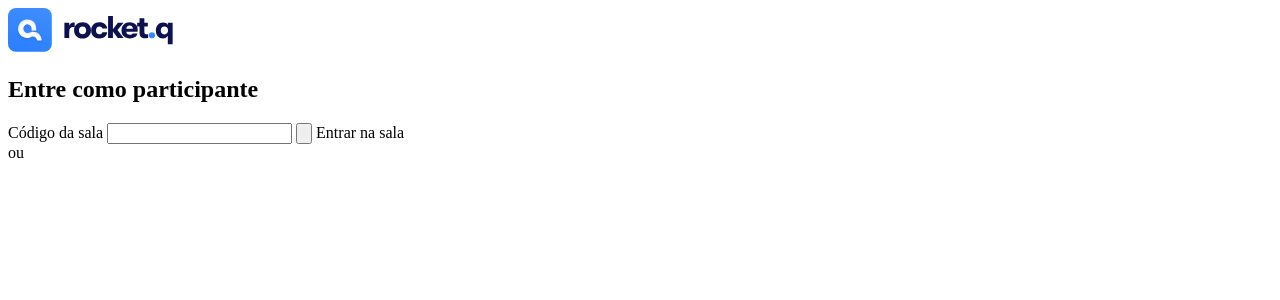
Repository: frnndlima/rocket.q
Page: home.html
The author's editor kept a copy of each file at every save. The page is drawn from the files as they stood at one save, then again after the next save.
The browser window is 1280 px wide. The pictures show the whole page.

Above is the page before, as saved 2021-08-30 14:00:04.

### home.html
<!DOCTYPE html>
  <head>
    <title>Criar Sala - Rocket.Q</title>
  </head>
  <body>
    <header>
      <img src="public/images/logo.svg" alt="rocket.q logo"/>
    </header>

    <main>
      <div class="container">
        <section>
          <h2>Entre como participante</h2>
          <form>
            <label for="room-id" class="sr-only">Código da sala</label>
            <input type="text" id="room-id" />
            <input type="button" /> Entrar na sala
          </form>
        </section>

        <div class="separator">
          <div></div>
          <div>ou</div>
          <div></div>
        </div>

        <section>
          <h2></h2>
        </section>
      </div>
    </main>
  </body>

</html>

After the next save:
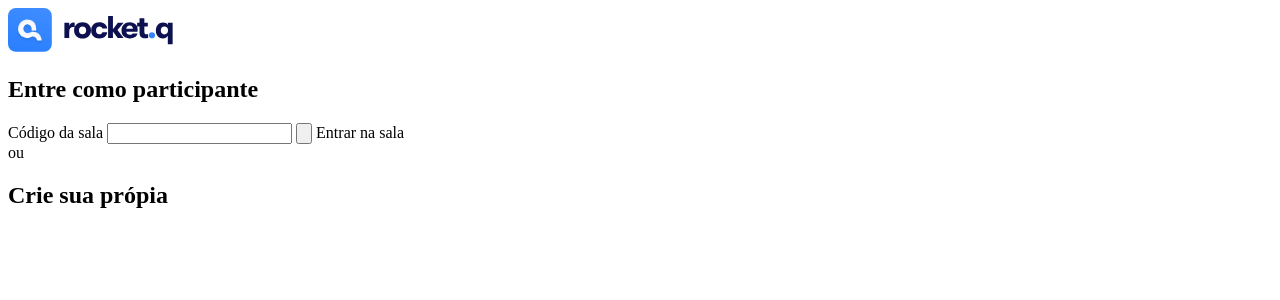
Saved 10 s later.
--- a/home.html
+++ b/home.html
@@ -25,7 +25,7 @@
         </div>
 
         <section>
-          <h2></h2>
+          <h2>Crie sua própia</h2>
         </section>
       </div>
     </main>
